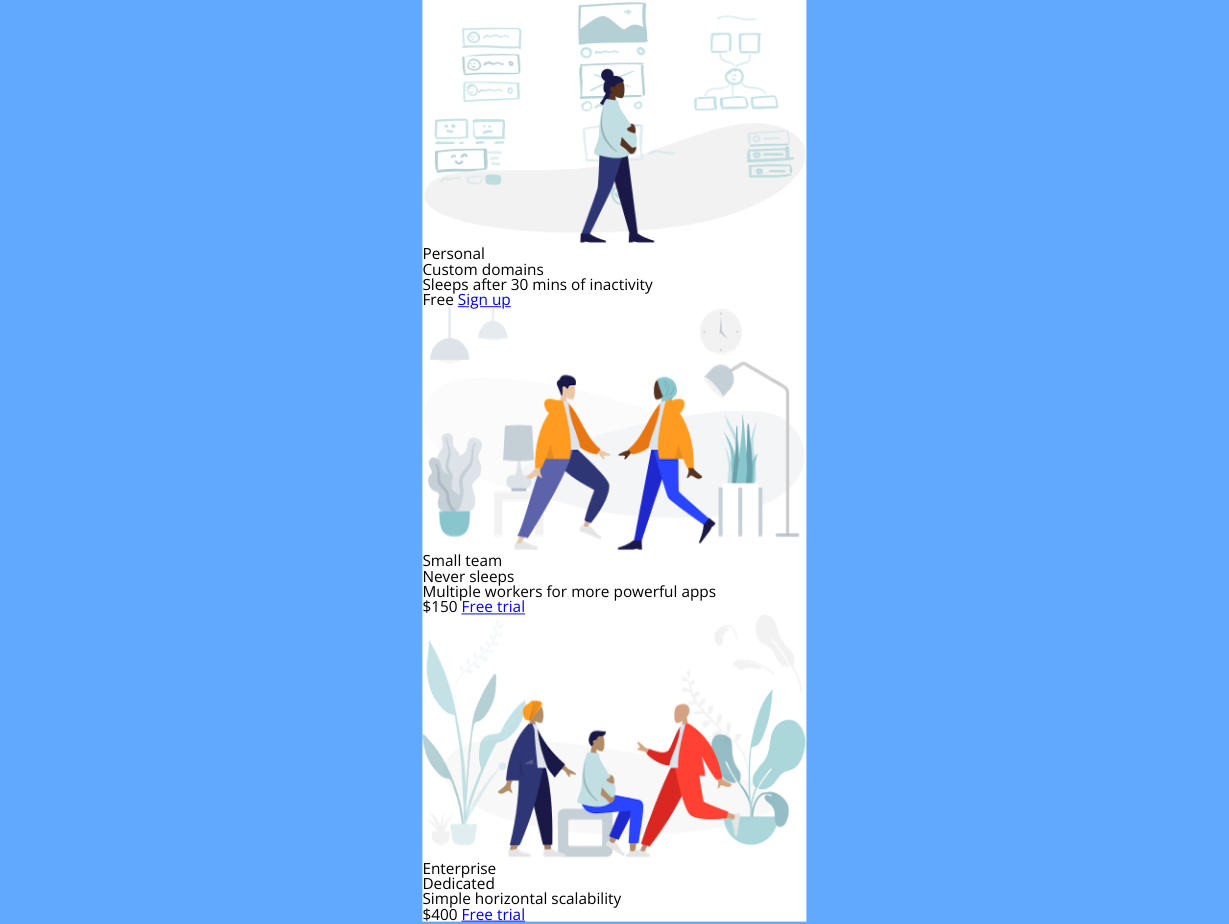
Repository: zhFIsHappy/UdemyFullStack
Page: PriceTable/index.html
These files come from the project's save history. The page is drawn as it stood at one moment and after the next save; the edit follows.
The browser window is 1280 px wide. The pictures show the whole page, at 96% of full size.

Above is the page before, as saved 2022-03-26 19:31:14.

### PriceTable/index.html
<!DOCTYPE html>
<html lang="en">

<head>
    <meta charset="UTF-8">
    <meta name="viewport" content="width=device-width, initial-scale=1.0">
    <title>Price Tiers</title>
    <link rel="stylesheet" href="https://fonts.googleapis.com/css?family=Open+Sans:400,600,700">
    <link rel="stylesheet" href="app.css">
</head>

<body>
    <div class="panel pricing-table">

        <div class="pricing-plan">
            <img src="icons/icon1.png" alt="" class="pricing-img">
            <h2 class="pricing-header">Personal</h2>
            <ul class="pricing-features">
                <li class="pricing-features-item">Custom domains</li>
                <li class="pricing-features-item">Sleeps after 30 mins of inactivity</li>
            </ul>
            <span class="pricing-price">Free</span>
            <a href="#/" class="pricing-button">Sign up</a>
        </div>

        <div class="pricing-plan">
            <img src="icons/icon2.png" alt="" class="pricing-img">
            <h2 class="pricing-header">Small team</h2>
            <ul class="pricing-features">
                <li class="pricing-features-item">Never sleeps</li>
                <li class="pricing-features-item">Multiple workers for more powerful apps</li>
            </ul>
            <span class="pricing-price">$150</span>
            <a href="#/" class="pricing-button is-featured">Free trial</a>
        </div>

        <div class="pricing-plan">
            <img src="icons/icon3.png" alt="" class="pricing-img">
            <h2 class="pricing-header">Enterprise</h2>
            <ul class="pricing-features">
                <li class="pricing-features-item">Dedicated</li>
                <li class="pricing-features-item">Simple horizontal scalability</li>
            </ul>
            <span class="pricing-price">$400</span>
            <a href="#/" class="pricing-button">Free trial</a>
        </div>

    </div>

</body>

</html>

### PriceTable/app.css
/* http://meyerweb.com/eric/tools/css/reset/
   v2.0 | 20110126
   License: none (public domain)
*/

html, body, div, span, applet, object, iframe,
h1, h2, h3, h4, h5, h6, p, blockquote, pre,
a, abbr, acronym, address, big, cite, code,
del, dfn, em, img, ins, kbd, q, s, samp,
small, strike, strong, sub, sup, tt, var,
b, u, i, center,
dl, dt, dd, ol, ul, li,
fieldset, form, label, legend,
table, caption, tbody, tfoot, thead, tr, th, td,
article, aside, canvas, details, embed,
figure, figcaption, footer, header, hgroup,
menu, nav, output, ruby, section, summary,
time, mark, audio, video {
	margin: 0;
	padding: 0;
	border: 0;
	font-size: 100%;
	font: inherit;
	vertical-align: baseline;
}
/* HTML5 display-role reset for older browsers */
article, aside, details, figcaption, figure,
footer, header, hgroup, menu, nav, section {
	display: block;
}
body {
	line-height: 1;
}
ol, ul {
	list-style: none;
}
blockquote, q {
	quotes: none;
}
blockquote:before, blockquote:after,
q:before, q:after {
	content: '';
	content: none;
}
table {
	border-collapse: collapse;
	border-spacing: 0;
}
html{
    box-sizing: border-box;
    font-family: 'Open Sans', sans-serif;
}
body{
    background-color: #60a9ff;
    display: flex;
    justify-content: center;
    align-items:center;
    min-height:100vh;

}

.panel{
    background-color: white;
}

After the next save:
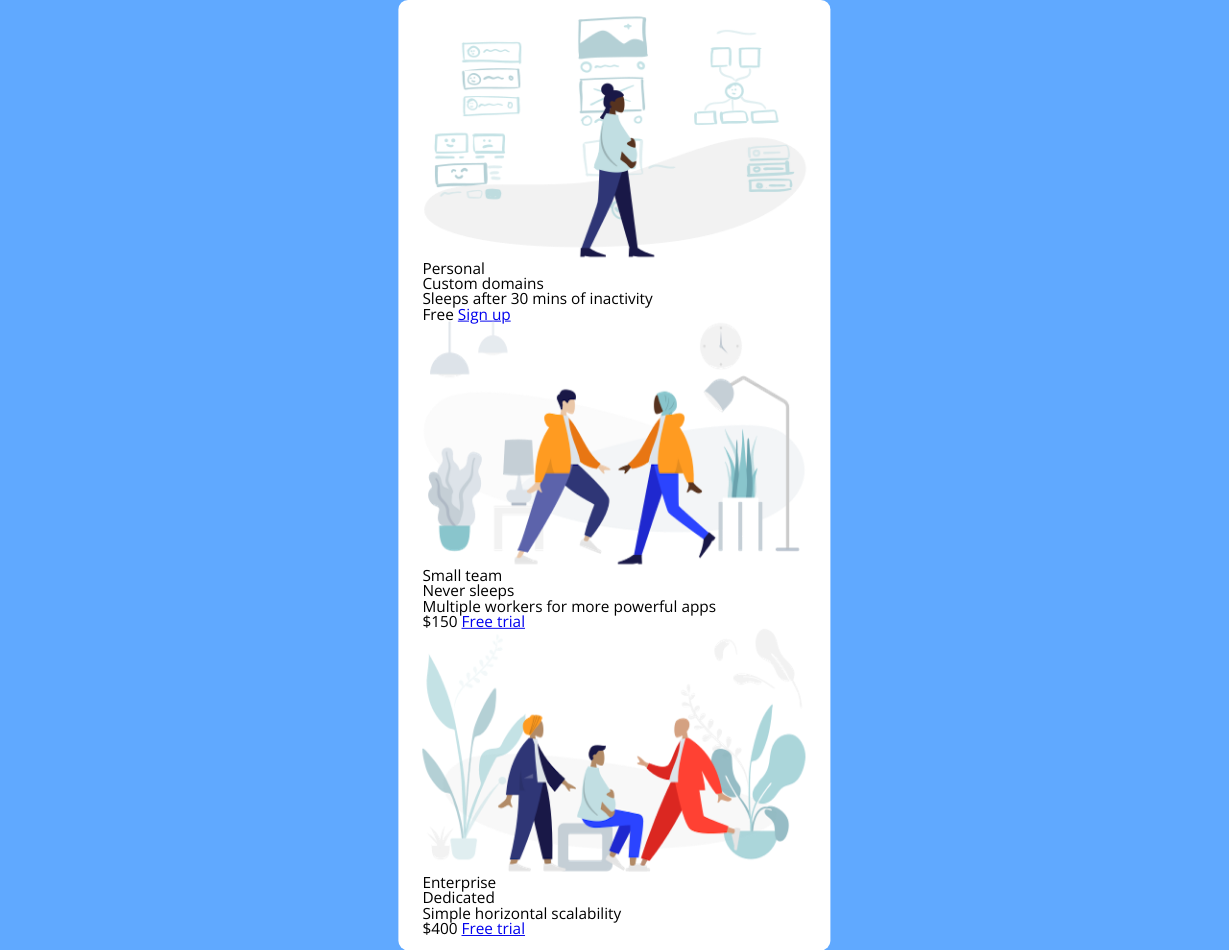
Saved 14 s later.
--- a/PriceTable/app.css
+++ b/PriceTable/app.css
@@ -61,4 +61,6 @@ body{
 
 .panel{
     background-color: white;
+    border-radius:10px;
+    padding :15px 25px;
 }
